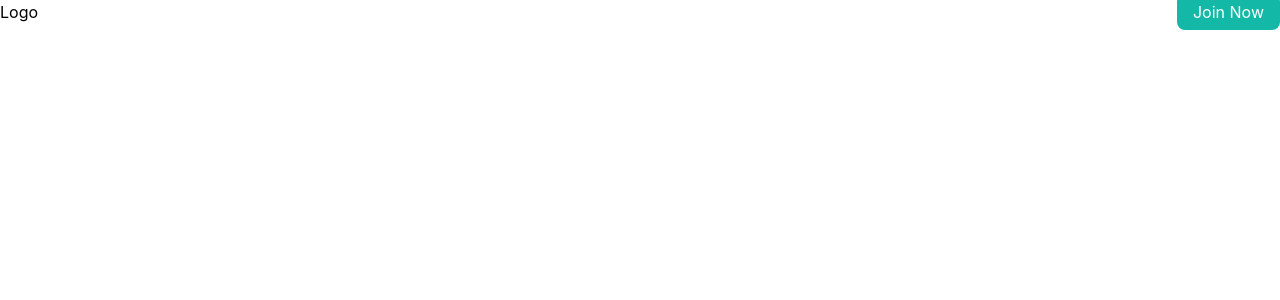
Repository: arafatmollah/auth-app
Page: /
These files come from the project's save history. The page is drawn as it stood at one moment and after a run of saves; the edit follows.
The browser window is 1280 px wide. The pictures show the whole page.
The project was rebuilt for these pictures with package versions that can differ from the ones it lists, and the page was loaded fresh each time. The framework's server and built-in components were replaced by stand-ins that run in the browser. Also part of the build but not shown: next.config.js.

Above is the page before, as saved 2022-10-03 16:08:37.

After the next 3 saves:
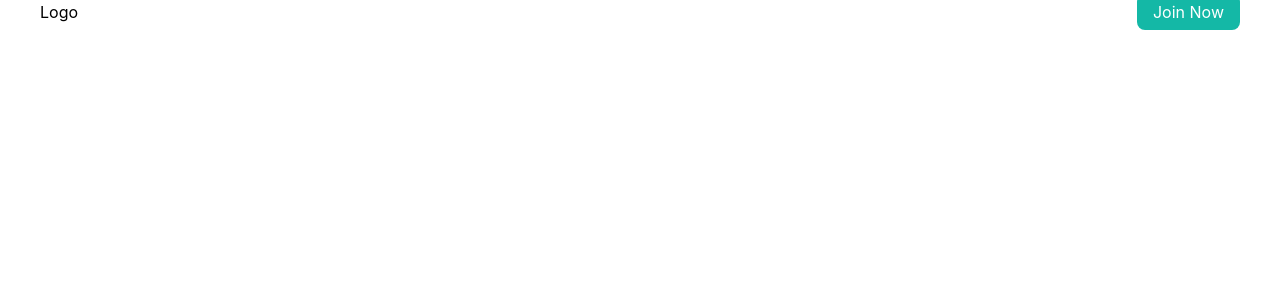
The 3 saves are shown as one change because they came seconds apart.
The last was saved 15 s later.
--- a/components/Nav.js
+++ b/components/Nav.js
@@ -4,7 +4,7 @@ import Link from 'next/link'
 function Nav() {
   return (
     <div>
-        <nav className='flex justify-between items-center'>
+        <nav className='flex justify-between items-center mx-10'>
         <Link href="/">Logo</Link>
         <ul>
             <Link href="/auth">
